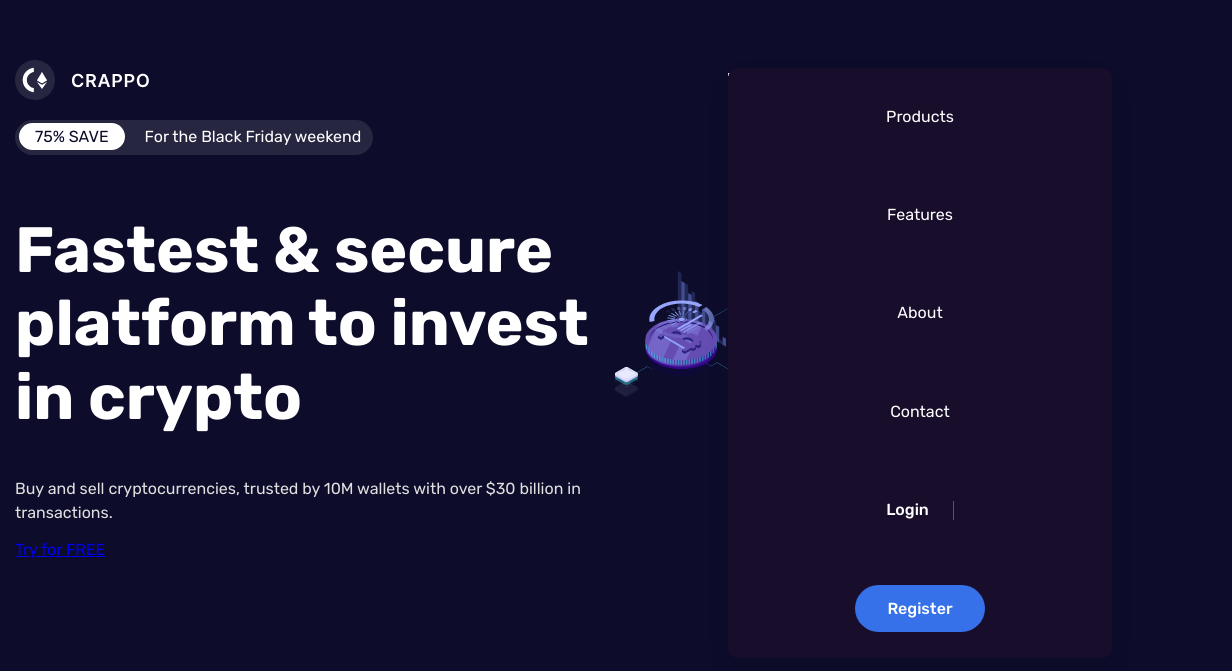
Repository: shtepaa/project-works.github.io
Page: crappo/index.html
An editor plug-in stored every save of this project. The page is shown before and after the next save, followed by the edit.
The browser window is 768 px wide. The page is 1232 px wide, so the pictures cover 1232 px, including what lies to the right of the window. The pictures show the whole page.

Above is the page before, as saved 2021-11-02 16:21:14.

After the next save:
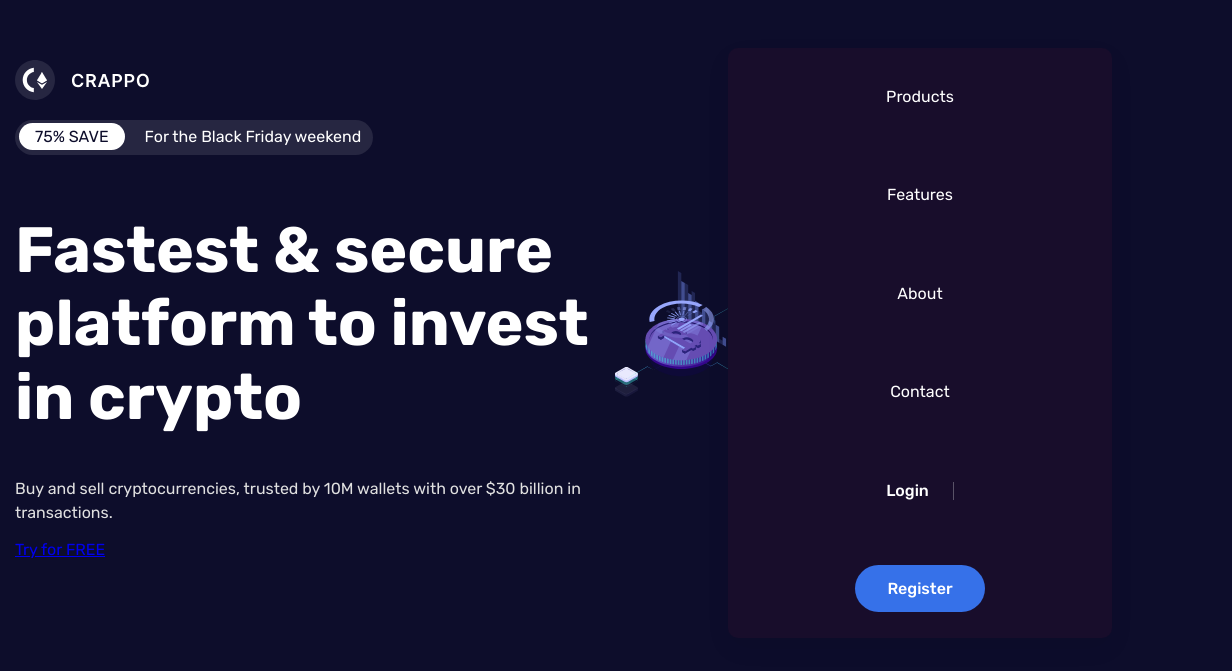
Saved 5 s later.
--- a/crappo/styles/style.css
+++ b/crappo/styles/style.css
@@ -133,7 +133,7 @@ body {
     .nav {
         position: fixed;
         /* left: 100%; */
-        top: rem;
+        top: 3rem;
         flex-direction: column;
         background-color: rgb(24, 13, 43);
         width: 50%;
